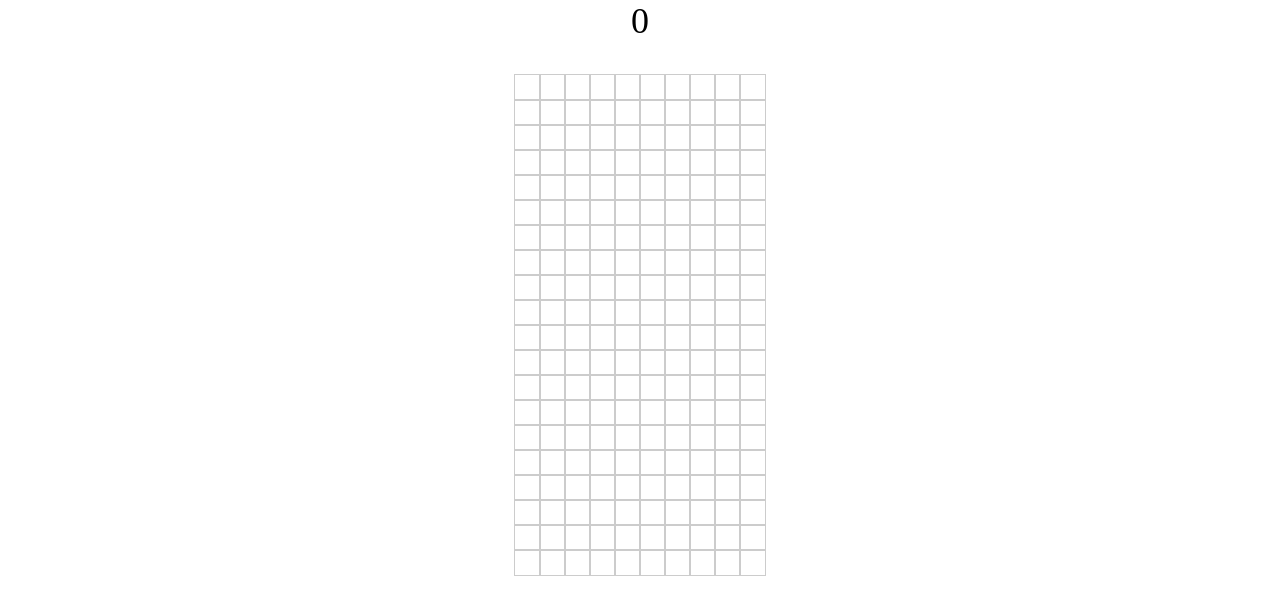
Repository: chlwpdnswku/tetris
Page: index.html
These files come from the project's save history. The page is drawn as it stood at one moment and after the next save; the edit follows.
The browser window is 1280 px wide. The pictures show the whole page.

Above is the page before, as saved 2022-12-12 00:27:20.

### index.html
<!DOCTYPE html>
<html lang="en">

<head>
    <meta charset="UTF-8">
    <meta http-equiv="X-UA-Compatible" content="IE=edge">
    <meta name="viewport" content="width=device-width, initial-scale=1.0">
    <link rel="stylesheet" href="style.css">
    <title>Document</title>

</head>

<body>
    <div class="wrapper">
        <div class="score">0</div>
        <div class="playground">
            <!-- ul  -->
            <ul></ul>
        </div>

    </div>

    <script src="script.js"></script>
</body>

</html>

### style.css
* {
  margin: 0;
  padding: 0;
}
ul {
  list-style: none;
}
body {
  height: 100%;
  overflow: hidden;
}
.score {
  text-align: center;
  font-size: 36px;
  margin-bottom: 2rem;
}
.playground > ul {
  border: 1px solid #333;
  width: 250px;
  margin: 0 auto;
}
.playground > ul > li {
  width: 100%;
  height: 25%;
}

.playground > ul > li > ul {
  display: flex;
}
.playground > ul > li > ul > li {
  width: 25px;
  height: 25px;
  outline: 1px solid #ccc;
}

### script.js
const playground = document.querySelector('.playground >ul');

// console.log(playground);

// setting
const GAME_ROWS = 20;
const GAME_COLS = 10;

// variables
let score = 0;
let duration = 500;
let downInterval;
let tempMovingItem;

// 앞뒤 옆 아래 움직임
const BLOCKS = {
  tree: [
    [
      [0, 0],
      [0, 1],
      [1, 0],
      [1, 1],
    ],
    [],
    [],
    [],
  ],
};

const movingItem = {
  type: 'tree',
  direction: 0,
  top: 0,
  left: 0,
};

// functions

init();
// 맨처음 시작하는 함수 10개의 20개의 줄을 저장
function init() {
  // 값만 가져와서 넣어줌
  tempMovingItem = { ...movingItem };
  //   movingItem.left = 3;
  //   console.log(tempMovingItem);
  for (let i = 0; i < GAME_ROWS; i++) {
    prependNewLine();
  }
  renderBlocks();
}

function prependNewLine() {
  const li = document.createElement('li');
  const ul = document.createElement('ul');

  for (let j = 0; j < GAME_COLS; j++) {
    const matrix = document.createElement('li');
    // ul -> li
    ul.prepend(matrix);
  }
  li.prepend(ul);
  playground.prepend(li);
}

function renderBlocks() {
  const { type, direction, top, left } = tempMovingItem;
  //   console.log(BLOCKS[type][direction]);
  BLOCKS[type][direction].forEach((block) => {
    const x = block[0];
    const y = block[1];
    console.log({ playground });
    const target = playground.childNodes[y].childNodes[0].childNodes[x];
  });

  //   console.log(type, direction, top, left);
}

After the next save:
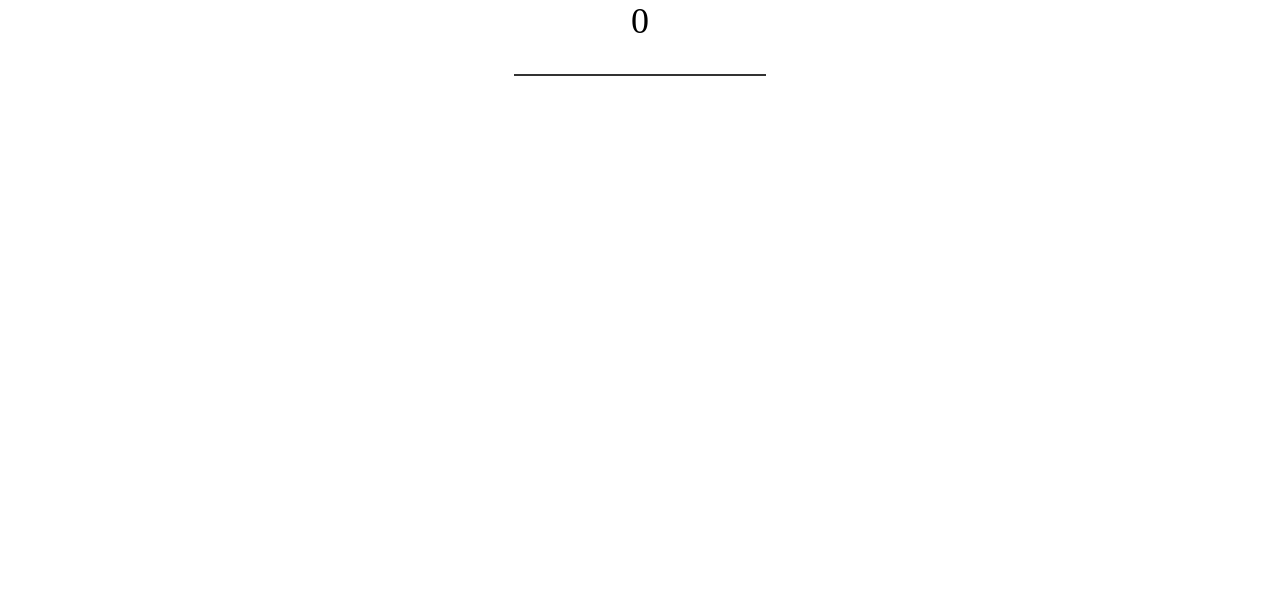
Console error: SyntaxError: Unexpected token ')'
Saved 9 s later.
--- a/script.js
+++ b/script.js
@@ -68,8 +68,9 @@
   BLOCKS[type][direction].forEach((block) => {
     const x = block[0];
     const y = block[1];
-    console.log({ playground });
+    // console.log({ playground });
     const target = playground.childNodes[y].childNodes[0].childNodes[x];
+    console.log(target););
   });
 
   //   console.log(type, direction, top, left);

After the save that followed:
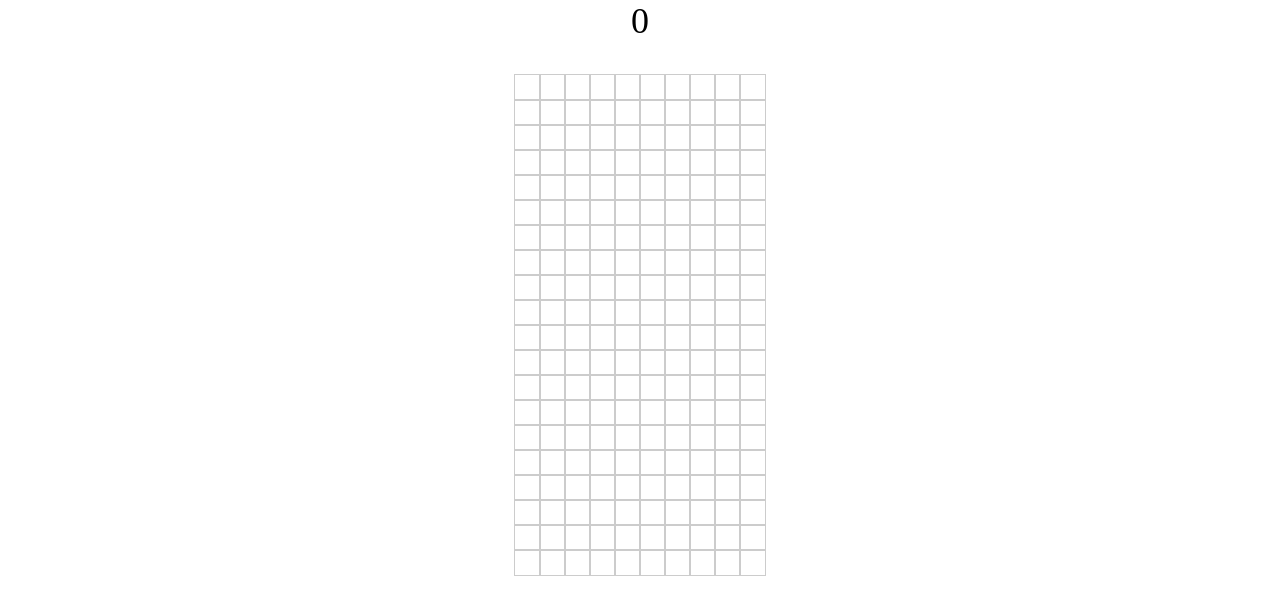
The error is gone.
Saved 7 s later.
--- a/script.js
+++ b/script.js
@@ -70,7 +70,7 @@
     const y = block[1];
     // console.log({ playground });
     const target = playground.childNodes[y].childNodes[0].childNodes[x];
-    console.log(target););
+    console.log(target);
   });
 
   //   console.log(type, direction, top, left);
